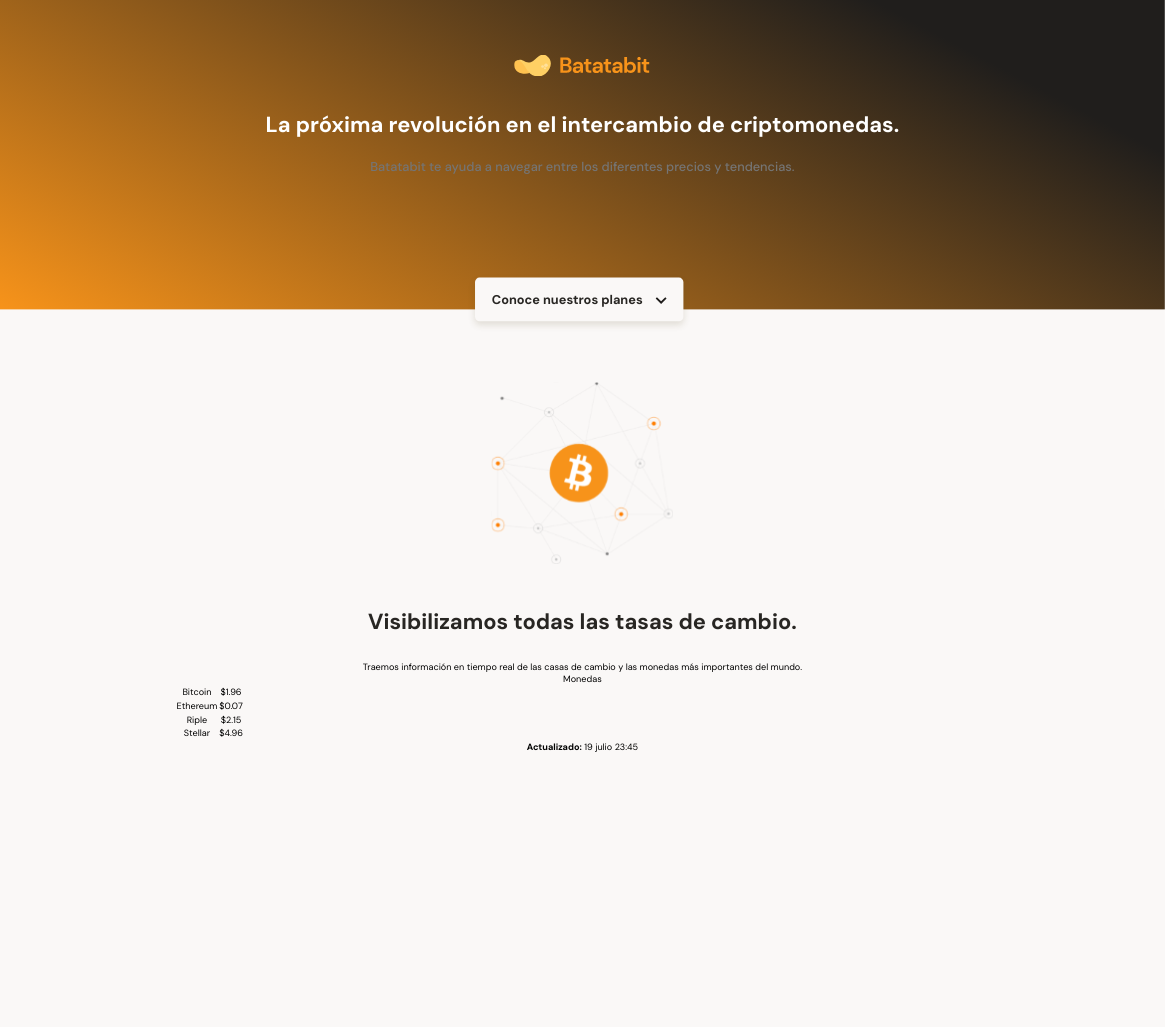
Repository: elto82/mobileFirst
Page: index.html
An editor plug-in stored every save of this project. The page is shown before and after the next save, followed by the edit.
The browser window is 1280 px wide. The pictures show the whole page, at 91% of full size.
Some web fonts or font styles are not loaded; a fallback is used.

Above is the page before, as saved 2022-06-07 17:59:01.

### index.html
<!DOCTYPE html>
<html lang="en">
  <head>
    <meta charset="UTF-8" />
    <meta http-equiv="X-UA-Compatible" content="IE=edge" />
    <meta name="viewport" content="width=device-width, initial-scale=1.0" />
    <link rel="preconnect" href="https://fonts.googleapis.com" />
    <link rel="preconnect" href="https://fonts.gstatic.com" crossorigin />
    <link
      href="https://fonts.googleapis.com/css2?family=DM+Sans:wght@400;500;700&family=Inter:wght@300;500&family=Poppins:ital,wght@0,300;1,400;1,600&family=Quicksand:wght@300;500;700&family=Roboto:wght@400;700&family=Rubik+Beastly&display=swap"
      rel="stylesheet"
    />
    <link rel="stylesheet" href="./style.css">
    <title>Document</title>
  </head>
  <body>
    <header>
        <img src="./assets/img/logo.svg" alt="">
        <div class="header-title-container">
            <h1>La próxima revolución en el intercambio de criptomonedas.</h1>
            <p>Batatabit te ayuda a navegar entre los diferentes precios y tendencias.  </p>
            <a href="" class="header-button">Conoce nuestros planes <span></span></a>
        </div>
    </header>
    <main>
      <section class="main-exchange-container">
          <div class="backgroundImg"></div>
          <div class="main-exchange-conintainer--title">
            <h2>Visibilizamos todas las tasas de cambio.</h2>
            <p>Traemos información en tiempo real de las casas de cambio y las monedas más importantes del mundo.</p>
          </div>
          <section class="main-tables-container">
              <div class="main-corrency-table">
                <p class="currency-table--title">Monedas</p>
                <div class="currency-table--container">
                  <table>
                    <tr>
                      <td class="table__top-left">Bitcoin</td>
                      <td class="table__top-right table__right" >$1.96 <span></span></td>
                    </tr>
                    <tr>
                      <td>Ethereum</td>
                      <td class="table__right">$0.07</td>
                    </tr>
                    <tr>
                      <td>Riple</td>
                      <td class="table__right">$2.15</td>
                    </tr>
                    <tr>
                      <td class="table__bottom-left">Stellar</td>
                      <td class="table__botton-right table__right">$4.96</td>
                    </tr>
                  </table>
                </div>
                <div class="currency-table--date">
                  <p><b> Actualizado:</b> 19 julio 23:45</p>
                </div>
              </div>
          </section>
      </section>
      <section></section>
      <section></section>
      <section></section>
    </main>
    <footer></footer>
  </body>
</html>

### style.css
/*
1. Posicionamiento
2. Modelo de caja (box model)
3. Tipografia
4.Visuales
5. Otros
*/
:root{
    /* colores */
    --bitcoin-orange:#f7931a;
    --soft-orange: #ffe9d5;
    --secondary-blue:#1a9af7;
    --soft-blue: #e7f5ff;
    --warm-black: #201e1c;
    --black:#282623;
    --grey:#bababa;
    --off-white:#faf8f7;
    --just-white:#fff;

}
*{
    box-sizing: border-box;
    margin: 0;
    padding: 0;
}
html{
    font-size: 62.5%;
    font-family: 'DM Sans', sans-serif;;
}
header{
    position: relative;
    display: flex;
    flex-direction: column;
    justify-content: center;
    width: 100%;
    min-width: 32rem;
    height: 34rem;
    text-align: center;
    background: linear-gradient(207.8deg, #201e1c 16.69%, #f7931a 100%);
}
header img{
    width: 15rem;
    height: 2.4rem;
    margin-top: 6rem;
    align-self: center;
}
.header-title-container{
    width: 90%;
    min-width: 28.8rem;
    max-width: 90rem;
    height: 21.8rem;
    margin-top: 4rem;
    text-align: center;
    align-self: center;
}
.header-title-container h1{
    font-size: 2.4rem;
    font-weight: bold;
    line-height: 2.6rem;
    color: var(--just-white);
}
.header-title-container p{
    margin-top: 2.5rem;
    font-size: 1.4rem;
    font-weight: 500;
    line-height: 1.8rem;
    color: var(--soft-orange);
}
.header-title-container .header-button{
    position: absolute;
    left: calc(50% - 11.8rem);
    top: 27rem;
    display: block;
    margin-top: 3.5rem;
    padding: 1.5rem;
    width: 22.9rem;
    height: 4.8rem;
    background-color: var(--off-white);
    box-shadow: 0px 4px 8px rgba(89, 73, 30, 0.16);
    border: none;
    border-radius: 0.5rem;
    font-size: 1.4rem;
    font-weight: bold;
    text-decoration: none;
    color: var(--black);
}
.header-button span{
    display: inline-block;
    width: 1.3rem;
    height: 0.8rem;
    margin-left: 1rem;
    background-image: url('./assets/icons/down-arrow.svg');
}
main{
    width: 100%;
    height: auto;
    background-color: var(--off-white);
}
.main-exchange-container{
    width: 100%;
    height: auto;
    padding-top: 8rem;
    padding-bottom: 3rem;
    text-align: center;
}
.main-exchange-conintainer--title{
    width: 90%;
    min-width: 28.8rem;
    max-width: 90rem;
    margin: 0 auto;
}
.main-exchange-container .backgroundImg{
    width: 20rem;
    height: 20rem;
    margin: 0 auto;
    margin-bottom: 5rem;
    background-image: url('./assets/img/Bitcoin.svg');
    background-size: cover;
    background-position: center;
    background-repeat: no-repeat;
}
.main-exchange-container h2{
    margin-bottom: 3rem;
    font-size: 2.4rem;
    font-weight: bold;
    line-height: 2.6rem;
    color: var(--black);
}
.header-title-container p{
    margin-bottom: 3rem;
    font-size: 1.4rem;
    font-weight: 500;
    line-height: 1.6rem;
    color: #757575;
}
.main-corrency-table{
    width: 70%;
    min-width: 23.5rem;
    max-width: 50re;
    height: 36rem;
    margin: 0 auto;
}

After the next save:
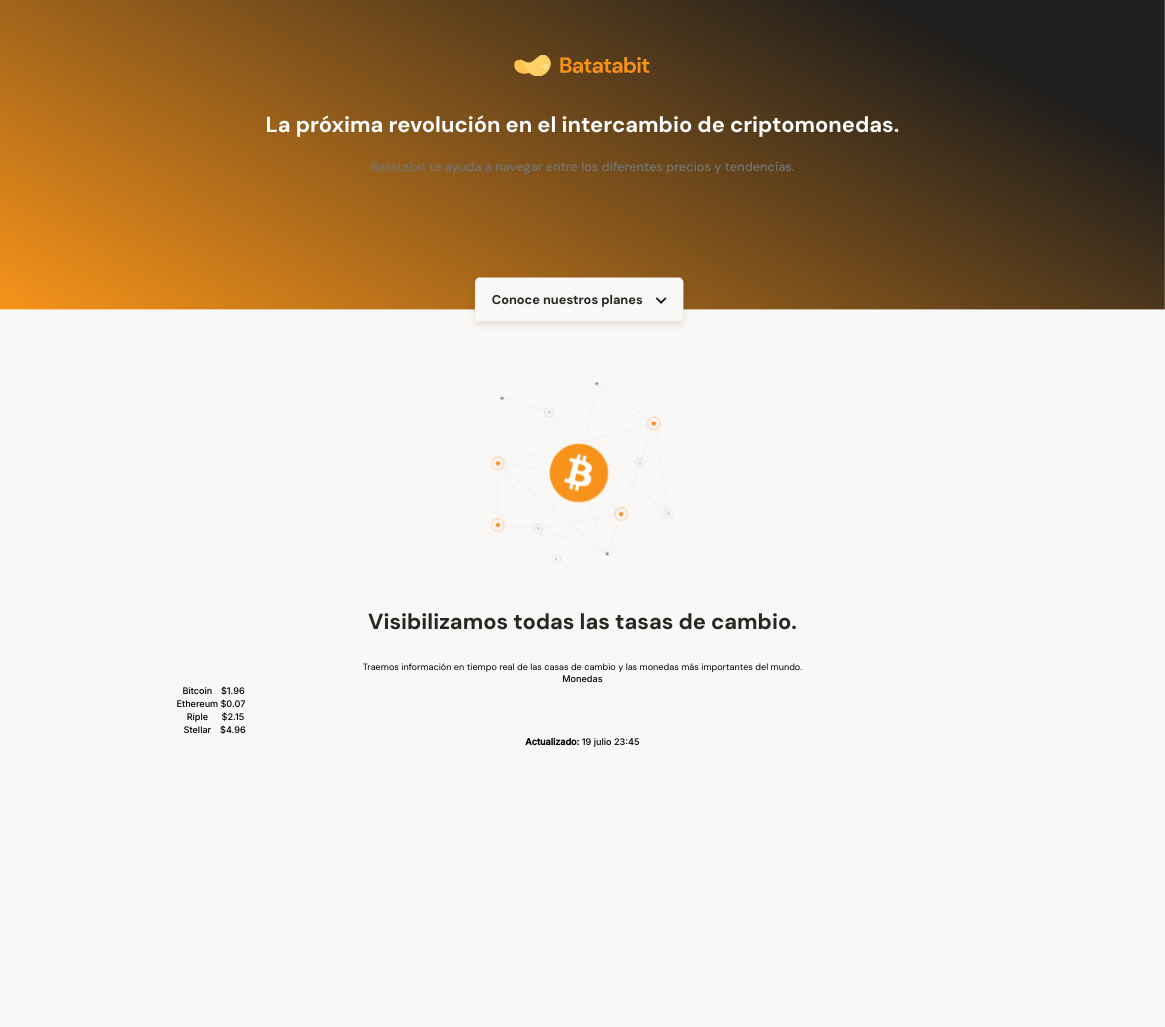
Saved 64 s later.
--- a/style.css
+++ b/style.css
@@ -139,4 +139,5 @@
     max-width: 50re;
     height: 36rem;
     margin: 0 auto;
+    font-family: 'Inter', 'sans-serif';
 }
